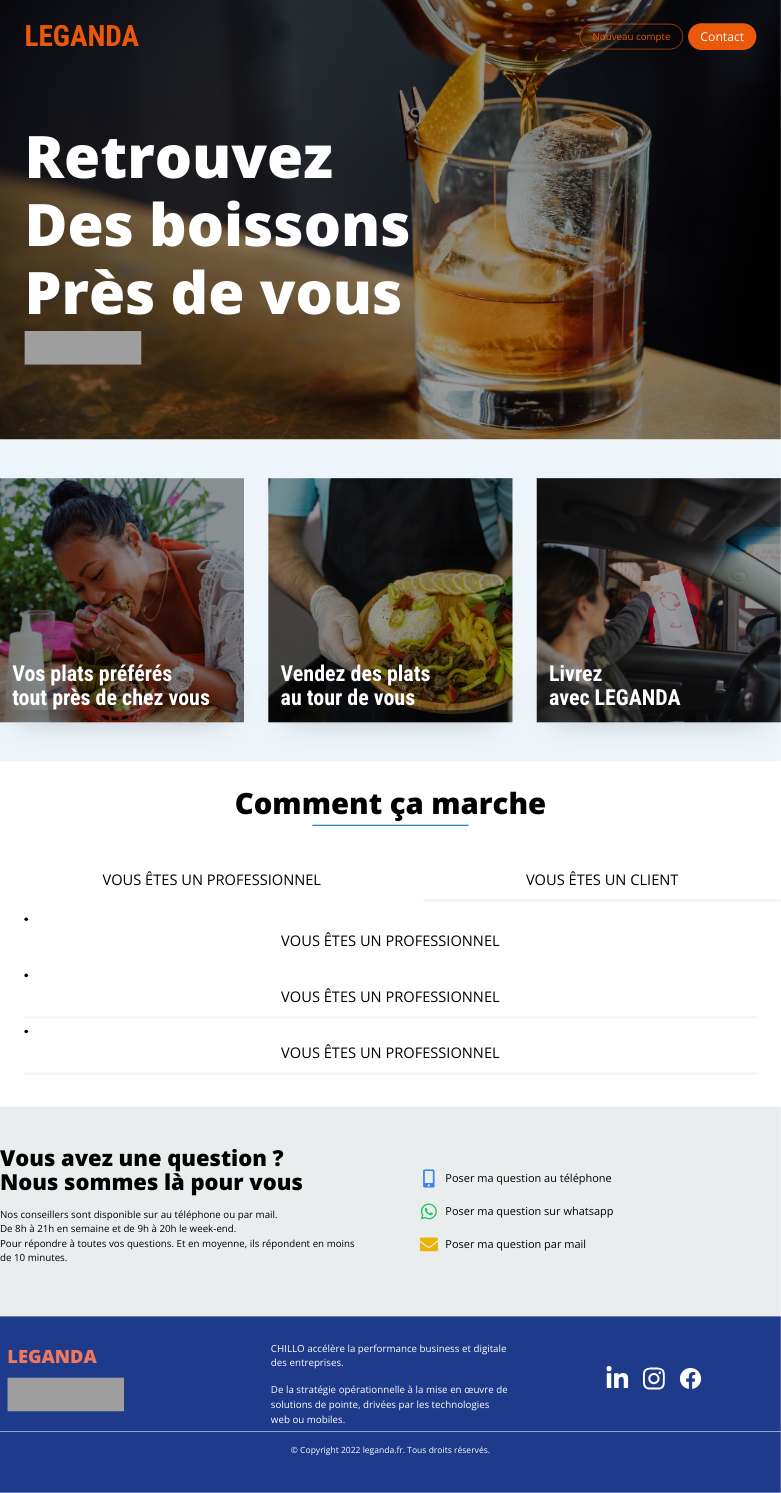
Repository: chillo-tech/website-leganda
Page: /
These files come from the project's save history. The page is drawn as it stood at one moment and after the next save; the edit follows.
The browser window is 1280 px wide. The pictures show the whole page, at 61% of full size.
Pictures or frames that could not be fetched are drawn as grey boxes. The project was rebuilt for these pictures with package versions that can differ from the ones it lists, and the page was loaded fresh each time. Some packages were replaced by stand-ins written for this rebuild. The framework's server and built-in components were replaced by stand-ins that run in the browser. Also part of the build but not shown: next.config.js, components/header/items/SearchBar.tsx.

Above is the page before, as saved 2023-02-09 15:04:46.

After the next save:
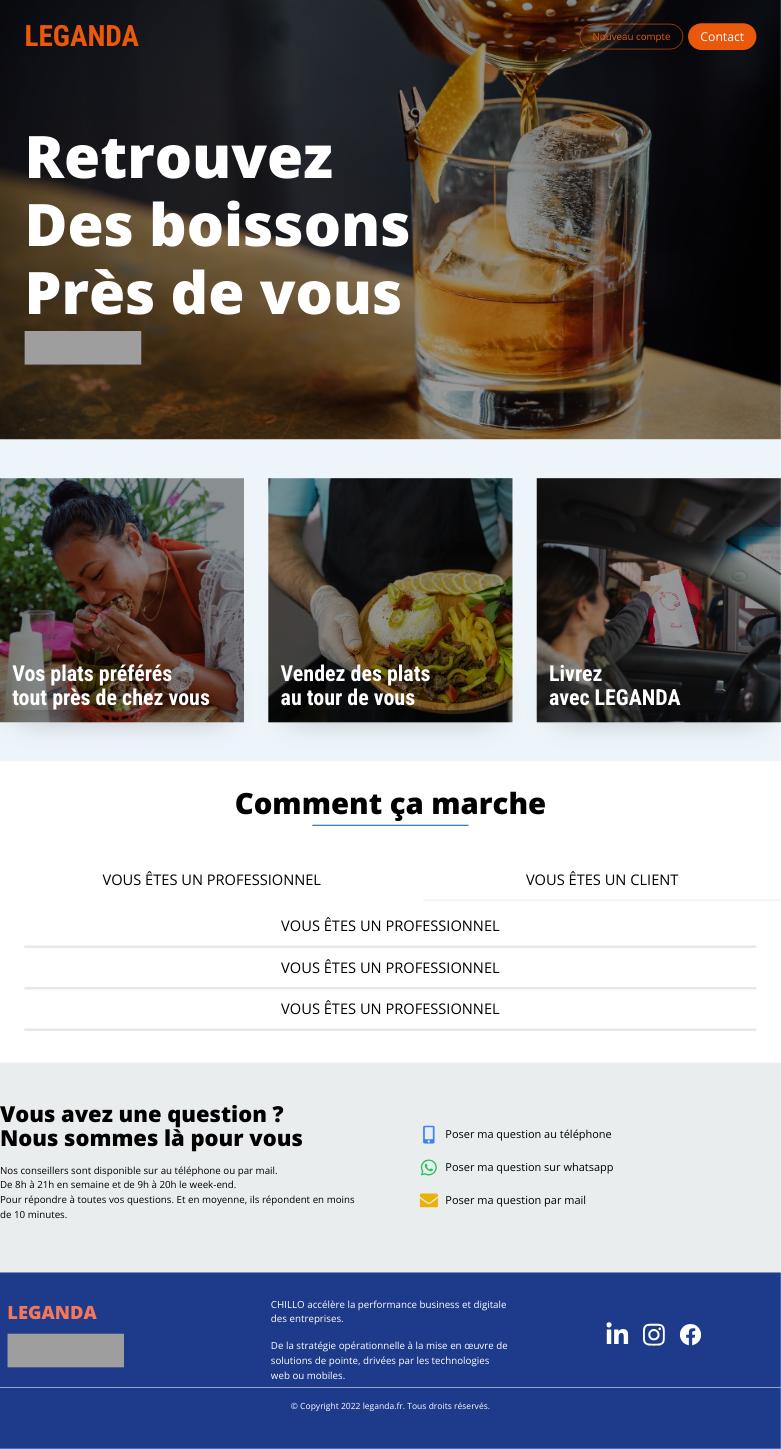
Saved 34 s later.
--- a/components/tabs/index.tsx
+++ b/components/tabs/index.tsx
@@ -32,15 +32,9 @@
                 )
               }>
              {item.infos.map((info: any, index: number) => (
-              <li key={`info-${index}`} className={
-                  classNames(
-                    'grow border-b-4 py-2',
-                    { 'bg-white border-white': activeTab === `tab-${index}` },
-                    { 'bg-white border-gray-100 bg-gray-100': activeTab !== `tab-${index}` }
-                    )
-                  }>
+              <article key={`info-${index}`} className={classNames('grow border-b-4 py-2')}>
                 <button id={`tab-${index}`} type='button' className='uppercase w-full py-2 text-lg md:text-2xl' onClick={handleClick}>{item.label}</button>
-              </li>
+              </article>
             ))}
           </section>
         ))}
